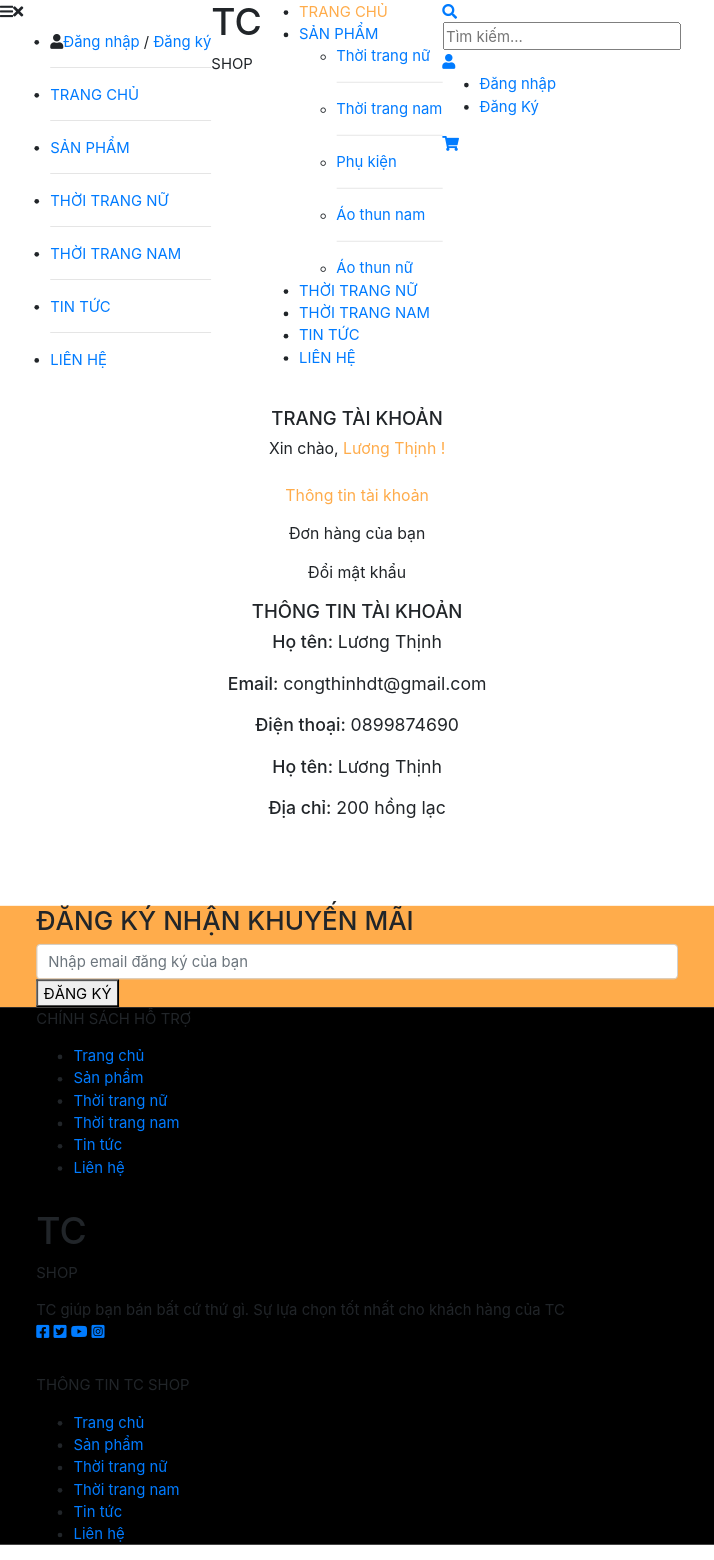
Repository: congthinh1701/TCshop
Page: ThongTinTaiKhoan.html
The author's editor kept a copy of each file at every save. The page is drawn from the files as they stood at one save, then again after the next save.
The browser window is 768 px wide. The pictures show the whole page, at 93% of full size.
The style sheet was rebuilt from its Sass, Less or Tailwind sources for each picture, by a compiler version that may differ from the author's.

Above is the page before, as saved 2021-09-08 17:24:22.

### ThongTinTaiKhoan.html
<!DOCTYPE html>
<html lang="en">
<head>
    <meta charset="UTF-8">
    <meta http-equiv="X-UA-Compatible" content="IE=edge">
    <meta name="viewport" content="width=device-width, initial-scale=1.0">
    <title>Document</title>
    <link rel="stylesheet" href="fontawesome-free-5.15.4-web/css/all.css">
    <link rel="stylesheet" href="sass/style.css">
</head>
<body>
    <div id="headerID"> <!-- your header --> </div>
    <div class="container admin">
        <div class="trang-tai-khoan">
            <h5>TRANG TÀI KHOẢN</h5>
            <div class="trang-tai-khoan-hello left ">
                <p>Xin chào, <span>Lương Thịnh !</span></p>
            </div>
            <div class="trang-tai-khoan-thong-tin left active">
                <p>Thông tin tài khoản</p>
            </div>
            <div class="trang-tai-khoan-hello left">
                <p>Đơn hàng của bạn</p>
            </div>
            <div class="trang-tai-khoan-hello left">
                <p>Đổi mật khẩu</p>
            </div>
        </div>
        <div class="thong-tin-tai-khoan">
            <h5>THÔNG TIN TÀI KHOẢN</h5>
            <div class="thong-tin-tai-khoan-name">
                <p><span>Họ tên: </span>Lương Thịnh</p>
                <p><span>Email: </span>congthinhdt@gmail.com</p>
                <p><span>Điện thoại: </span>0899874690</p>
                <p><span>Họ tên: </span>Lương Thịnh</p>
                <p><span>Địa chỉ: </span>200 hồng lạc</p>
            </div>
        </div>
    </div>
    <div id="footerID"> <!-- your header --> </div>
    <script src="https://cdnjs.cloudflare.com/ajax/libs/jquery/3.6.0/jquery.min.js" integrity="sha512-894YE6QWD5I59HgZOGReFYm4dnWc1Qt5NtvYSaNcOP+u1T9qYdvdihz0PPSiiqn/+/3e7Jo4EaG7TubfWGUrMQ==" crossorigin="anonymous" referrerpolicy="no-referrer"></script>
    <script>
        $("#headerID").load("header.html");
        $("#footerID").load("footer.html");
      </script>
</body>
</html>

### header.html
<!DOCTYPE html>
<html lang="en">
<head>
    <meta charset="UTF-8">
    <meta http-equiv="X-UA-Compatible" content="IE=edge">
    <meta name="viewport" content="width=device-width, initial-scale=1.0">
    <title>Document</title>
    <link rel="stylesheet" href="assets/css/style.css">
    <link rel="stylesheet" href="assets/css/base.css">
    <link rel="stylesheet" href="fontawesome-free-5.15.4-web/css/all.css">
    <link rel="stylesheet" href="https://maxcdn.bootstrapcdn.com/bootstrap/4.1.3/css/bootstrap.min.css">
    <script src="https://maxcdn.bootstrapcdn.com/bootstrap/4.1.3/js/bootstrap.min.js"></script>
</head>
<body>
    <div class="container-lg">
        <div class="nav">
            <label for="nav-mobile-input" class="nav_bars-btn">
                <i class="fas fa-bars"></i>
            </label>

            <input hidden type="checkbox" name="" class="nav_input" id="nav-mobile-input">
            <label for="nav-mobile-input" class="nav_overlay"></label>
            <nav class="nav-mobile">
                <label for="nav-mobile-input" class="nav__mobile-close">
                    <i class="fas fa-times"></i>
                </label>
                <ul class="nav__mobile-list">

                    <li class="nav__mobile-list-user">

                        <p><i class="fas fa-user"></i><a href="#">Đăng nhập</a> <span>/</span> <a href="#">Đăng ký</a>
                        </p>
                    </li>
                    <hr>
                    <li>
                        <a href="" class="nav__mobile-link">TRANG CHỦ</a>
                    </li>
                    <hr>
                    <li>
                        <a href="" class="nav__mobile-link">SẢN PHẨM</a>
                    </li>
                    <hr>
                    <li>
                        <a href="" class="nav__mobile-link">THỜI TRANG NỮ</a>
                    </li>
                    <hr>
                    <li>
                        <a href="" class="nav__mobile-link">THỜI TRANG NAM</a>
                    </li>
                    <hr>
                    <li>
                        <a href="" class="nav__mobile-link">TIN TỨC</a>
                    </li>
                    <hr>
                    <li>
                        <a href="" class="nav__mobile-link">LIÊN HỆ</a>
                    </li>
                </ul>
            </nav>
            <div class="nav-logo">
                <h1>TC</h1>
                <p>SHOP</p>
            </div>
            <nav class="nav-pc">
                <ul class="nav__list">
                    <li>
                        <a style="color:#ffac4b" href="home.html" class="nav__link">TRANG CHỦ</a>
                    </li>
                    <li class="options">
                        <a href="" class="nav__link">SẢN PHẨM</a>
                        <div class="nav__link-options">
                            <ul class="nav__link-options-list">
                                <li><a href="#">Thời trang nữ</a></li>
                                <hr>
                                <li><a href="#">Thời trang nam</a></li>
                                <hr>
                                <li><a href="#">Phụ kiện</a></li>
                                <hr>
                                <li><a href="#">Áo thun nam</a></li>
                                <hr>
                                <li><a href="#">Áo thun nữ</a></li>
                            </ul>
                        </div>
                    </li>
                    <li>
                        <a href="" class="nav__link">THỜI TRANG NỮ</a>
                    </li>
                    <li>
                        <a href="" class="nav__link">THỜI TRANG NAM</a>
                    </li>
                    <li>
                        <a href="" class="nav__link">TIN TỨC</a>
                    </li>
                    <li>
                        <a href="" class="nav__link">LIÊN HỆ</a>
                    </li>
                </ul>
            </nav>
            <div class="nav-right">
                <div class="search">
                    <a href="#"><i class="fas fa-search"></i></a>
                    <div class="search-hover">
                        <form>
                            <input class="search" type="text" name="search" placeholder="Tìm kiếm..." />
                        </form>
                    </div>
                </div>
                <div class="user">
                    <a href="#"> <i class="fas fa-user"></i></a>
                    <div class="user-hover">
                        <ul class="user-hover-list">
                            <li class="nav_link"><a href="#">Đăng nhập</a></li>
                            <li><a href="#">Đăng Ký</a></li>
                        </ul>
                    </div>
                </div>
                <div class="shopping">
                    <a href="card.html"><i class="fas fa-shopping-cart"></i></a>

                </div>
            </div>


        </div>
    </div>
</body>
</html>

### footer.html
<!DOCTYPE html>
<html lang="en">
<head>
    <meta charset="UTF-8">
    <meta http-equiv="X-UA-Compatible" content="IE=edge">
    <meta name="viewport" content="width=device-width, initial-scale=1.0">
    <title>Document</title>
    <link rel="stylesheet" href="assets/css/style.css">
    <link rel="stylesheet" href="assets/css/base.css">
    <link rel="stylesheet" href="fontawesome-free-5.15.4-web/css/all.css">
    <link rel="stylesheet" href="https://maxcdn.bootstrapcdn.com/bootstrap/4.1.3/css/bootstrap.min.css">
    <script src="https://maxcdn.bootstrapcdn.com/bootstrap/4.1.3/js/bootstrap.min.js"></script>
</head>
<body>
    <div class="container-lg" style="background-color: #ffac4b; margin-top: 50px;">
        <div class="container dangky">
            <div class="dangky-left">
                <h3>ĐĂNG KÝ NHẬN KHUYẾN MÃI</h3>
            </div>
            <div class="dangky-right">
                <form>
                    <input class="form-control" type="text" placeholder="Nhập email đăng ký của bạn">
                    <button type="button">ĐĂNG KÝ</button>
                </form>
            </div>
        </div>
    </div>

    <div class="container-lg" style="background-color: black">
        <div class="container footer">
            <div class="chinhsach-hotro">
                <p class="header">CHÍNH SÁCH HỖ TRỢ</p>
                <ul class="nav-list">
                    <li class="nav_link"><a href="#">Trang chủ</a></li>
                    <li class="nav_link"><a href="#">Sản phẩm</a></li>
                    <li class="nav_link"><a href="#">Thời trang nữ</a></li>
                    <li class="nav_link"><a href="#">Thời trang nam</a></li>
                    <li class="nav_link"><a href="#">Tin tức</a></li>
                    <li class="nav_link"><a href="#">Liên hệ</a></li>
                </ul>
            </div>
            <hr>
            <div class="ketnoi-shop">
                <h1>TC</h1>
                <p>SHOP</p>
                <span>TC giúp bạn bán bất cứ thứ gì. Sự lựa chọn tốt nhất cho khách hàng của TC</span>
                <div class="mangxahoi">
                    <a href="#"><i class="fab fa-facebook-square"></i></a>
                    <a href="#"><i class="fab fa-twitter-square"></i></a>
                    <a href="#"><i class="fab fa-youtube"></i></a>
                    <a href="#"><i class="fab fa-instagram-square"></i></a>
                </div>
            </div>
            <hr>
            <div class="thongtin-shop">
                <p class="header">THÔNG TIN TC SHOP</p>
                <ul class="nav-list">
                    <li class="nav_link"><a href="#">Trang chủ</a></li>
                    <li class="nav_link"><a href="#">Sản phẩm</a></li>
                    <li class="nav_link"><a href="#">Thời trang nữ</a></li>
                    <li class="nav_link"><a href="#">Thời trang nam</a></li>
                    <li class="nav_link"><a href="#">Tin tức</a></li>
                    <li class="nav_link"><a href="#">Liên hệ</a></li>
                </ul>
            </div>
        </div>
    </div>
</body>
</html>

### assets/css/base.css
:root{
    --primary-color:#EE4D2D;
    --primary-color-rgba:rgb(238,75,43);
    --white-color:#fff;
    --black-color:#000;
    --text-color:#333333;
    --font-weight:700;
    --font-size-product:19px;
    --font-weight-product:400;
    --font-size-price:18px;
    --header-height:120px;
    --navbar-height:34px;
    --header-with-search-height:calc(var(var(--header-height)-var(var(--navbar-height))))

}

### sass/style.scss

$text-fontSize:17px;
$text-fontSizeTK:19px;
$fontWeight:500;

.admin{
    display:flex;
    --columns:2;
    margin-top: 50px;

}
.trang-tai-khoan{
    width: calc(100% / var(--columns) - 20%);
    p {
        font-size: $text-fontSize;
        span{
            color: #ffac4b;
        }
    }
    &-thong-tin{
        margin-top:25px
    }
    .active {
        color: #ffac4b;
    }
}
.thong-tin-tai-khoan{
    width: calc(100% / var(--columns) + 20%);
    p{
        font-size: $text-fontSizeTK;
        span{
            font-weight: $fontWeight;
        }
    }
}
@media (max-width: 923px) {
    .admin{
        --columns:1;
        display:unset;

    }
    .trang-tai-khoan{
        width: calc(100% / var(--columns));
        margin:auto;
        text-align: center;
    }
    .thong-tin-tai-khoan{
        width: calc(100% / var(--columns));
        text-align: center;
    }
}

Loaded but not shown: fontawesome-free-5.15.4-web/css/all.css (library)

After the next save:
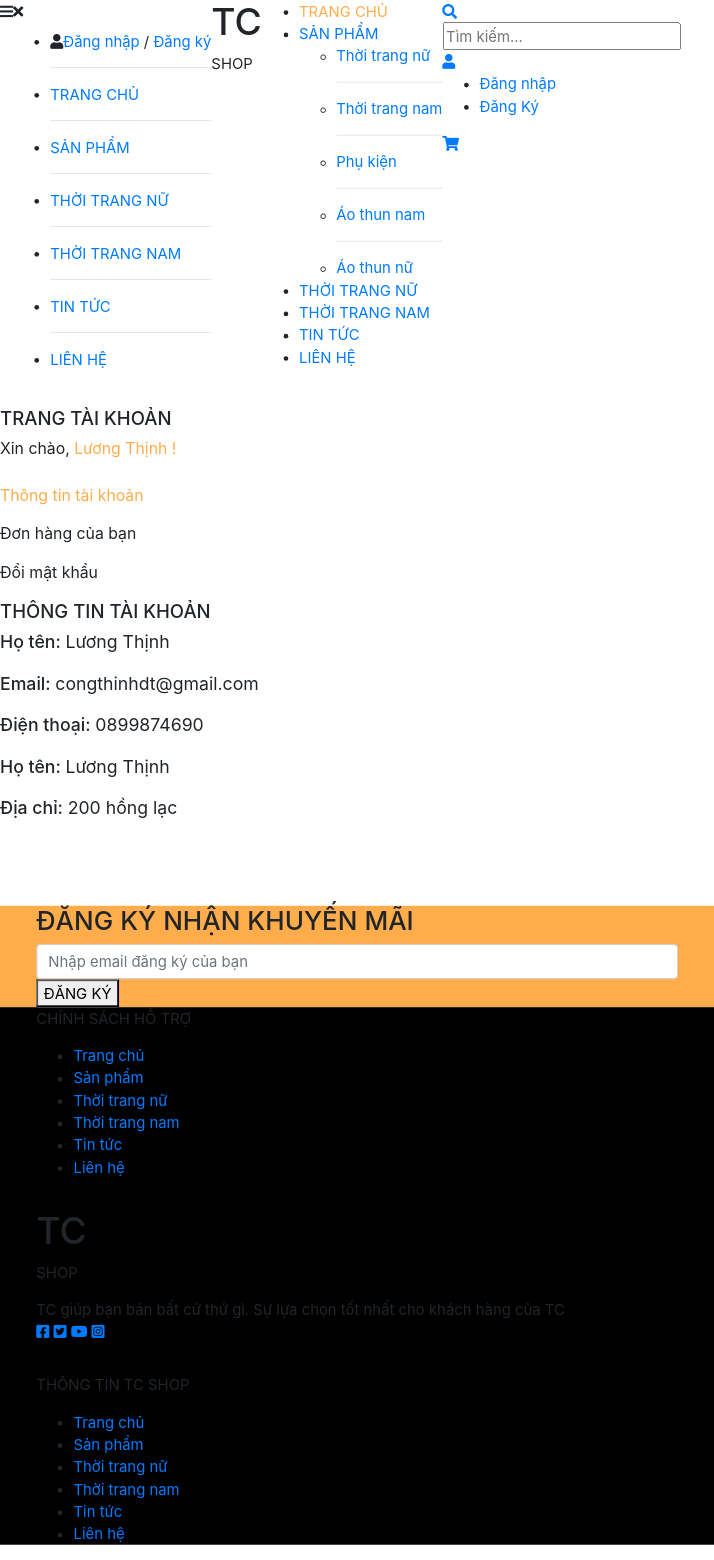
Saved 12 s later.
--- a/sass/style.scss
+++ b/sass/style.scss
@@ -42,10 +42,10 @@ $fontWeight:500;
     .trang-tai-khoan{
         width: calc(100% / var(--columns));
         margin:auto;
-        text-align: center;
+
     }
     .thong-tin-tai-khoan{
         width: calc(100% / var(--columns));
-        text-align: center;
+
     }
 }
